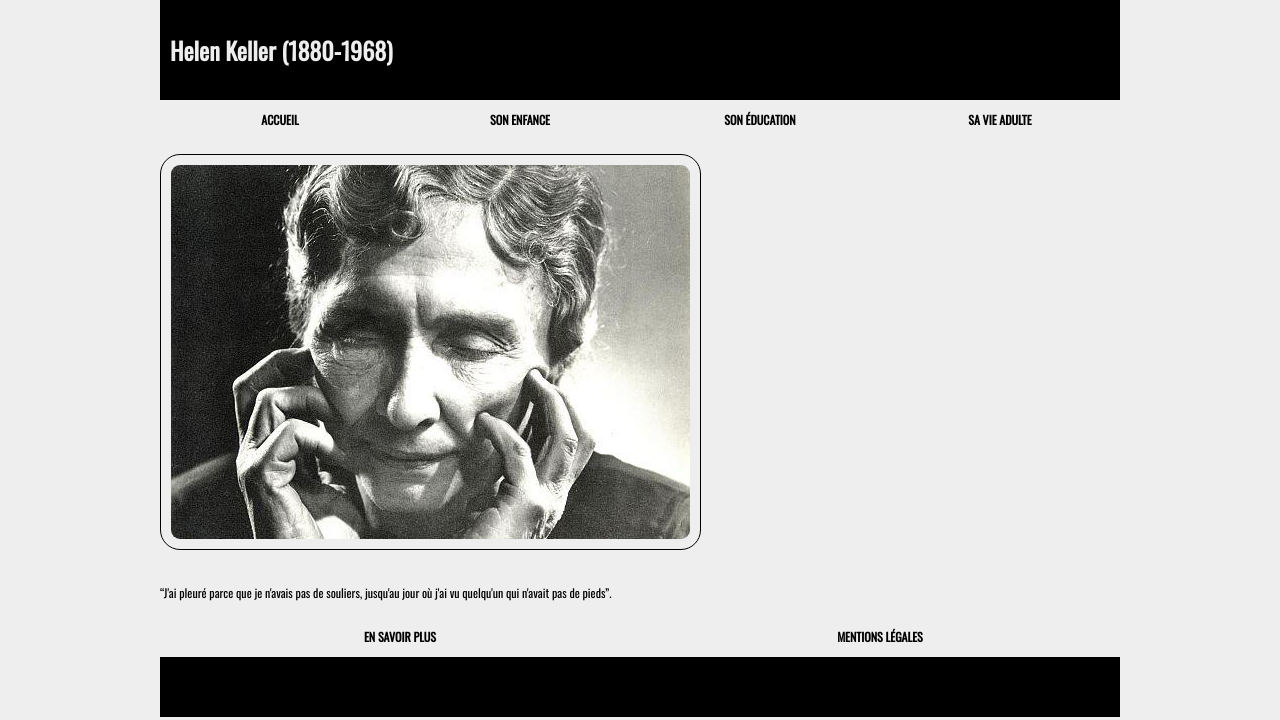
Repository: Luc010/Exercices
Page: HTML CSS/biographie_helen_keller/index.html
The author's editor kept a copy of each file at every save. The page is drawn from the files as they stood at one save, then again after the next save.
The browser window is 1280 px wide. The pictures show the whole page.

Above is the page before, as saved 2019-09-04 16:19:32.

### HTML CSS/biographie_helen_keller/index.html
<!DOCTYPE html>
<html lang="fr">
<head>
    <title>Biographie Helen Keller - Accueil</title>
    <meta charset="UTF-8">
    <meta name="viewport" content="width=device-width, initial-scale=1.0">
    <meta http-equiv="X-UA-Compatible" content="ie=edge">
    <link href="style.css" rel="stylesheet">
</head>
<body>
    <header>
        <div class="container bg">
            <h1>Helen Keller (1880-1968)</h1>
        </div>
    </header>
    <nav>
        <ul>
            <li><a href="index.html">Accueil</a></li>
            <li><a href="enfance.html">Son enfance</a></li>
            <li><a href="education.html">Son éducation</a></li>
            <li><a href="adulte.html">Sa vie adulte</a></li>
        </ul>
    </nav>
    <main>
        <div class="container">
            <p><img src="img/hk.jpg" alt="helen Keller portrait"></p>
            <p>“J'ai pleuré parce que je n'avais pas de souliers, jusqu'au jour où j'ai vu quelqu'un qui n'avait pas de
                pieds”.
            </p>
        </div>
    </main>
    <footer>
        <div class="container bg">
            <!-- ul>li*5>a{lien$} -->
            <ul>
                <li><a href="savoirplus.html">En savoir plus</a></li>
                <li><a href="mentions.html">Mentions légales</a></li>
            </ul>
        </div>
    </footer>
</body>
</html>

### HTML CSS/biographie_helen_keller/style.css
@import url('https://fonts.googleapis.com/css?family=Oswald&display=swap');
body{
    margin: 0;
    padding: 0;
    background-color: #eee;
    font-size: 12px;
    font-family: 'Oswald',corbel,calibri,sans-serif;
}
.bg{
    background-color: black;
    width: 960px;
    min-height: 100px;
    line-height: 100px;
    margin-left: auto;
    margin-right: auto;
}
h1{
    color: #eee;
    text-indent: 10px;
    margin: 0;
}
h2{
    color: grey;
    border-bottom: 1px solid black;
}
p{
    /* Pourcentage plus simple à gérer, interligne (utilité: bcp de text) */
    line-height:200%;
}
img{
    border: 1px solid black;
    border-radius: 20px;
    padding: 10px;
}
.container {
    display: flex;
    flex-direction: column;
    width: 960px;
    margin-left: auto;
    margin-right: auto;
}
nav {
    min-height: 40px;
    position: sticky;
    top: 0;
    width: 960px;
    margin-left: auto;
    margin-right: auto;
}
ul, li {
    margin: 0;
    padding: 0;
    list-style: none;
}
ul {
    display: flex;
}
li {
    width: 100%;
    margin-bottom: 2px;
    height: 40px;
    font-weight: bold;
    text-transform: uppercase;
}
a {
    color: black;
    text-decoration: none;
    display: block;
    height: 40px;
    line-height: 40px;
    text-align: center;
    background-color: #eee;
}
a:hover {
    color: white;
    background-color: black;
}

After the next save:
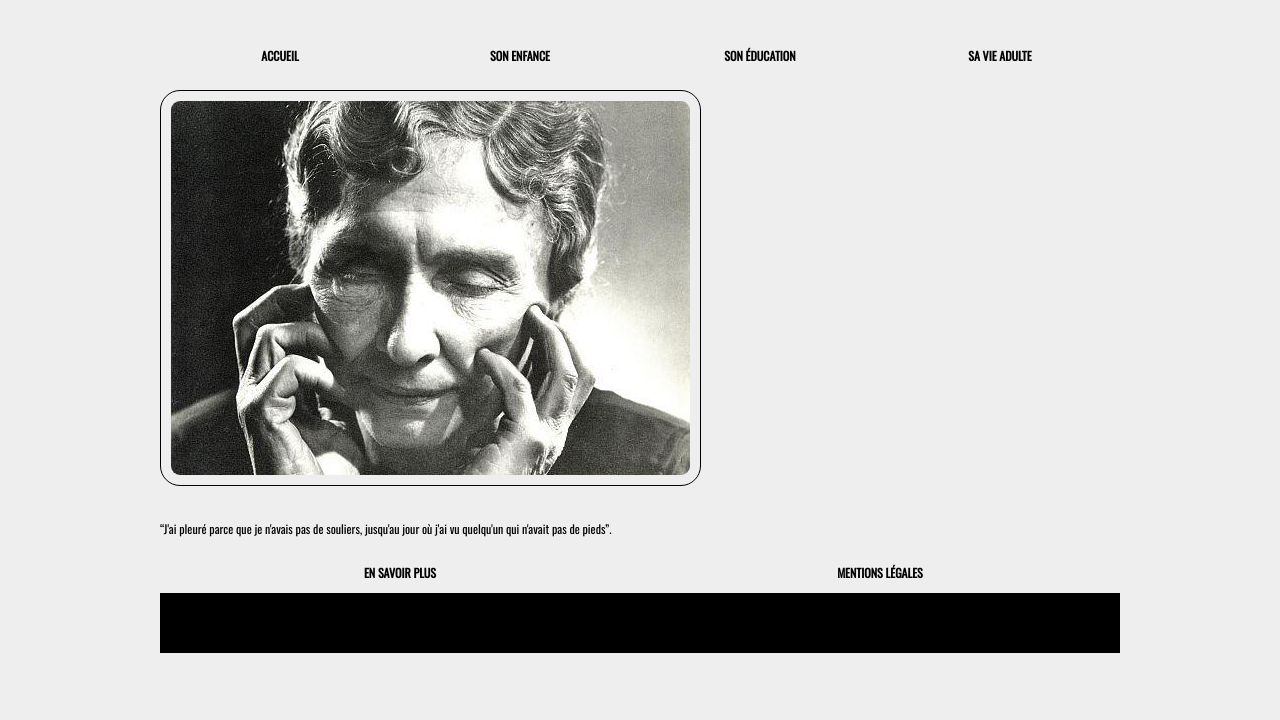
Saved 12 s later.
--- a/HTML CSS/biographie_helen_keller/index.html
+++ b/HTML CSS/biographie_helen_keller/index.html
@@ -9,7 +9,7 @@
 </head>
 <body>
     <header>
-        <div class="container bg">
+        <div class="container">
             <h1>Helen Keller (1880-1968)</h1>
         </div>
     </header>

After the 2 saves that followed:
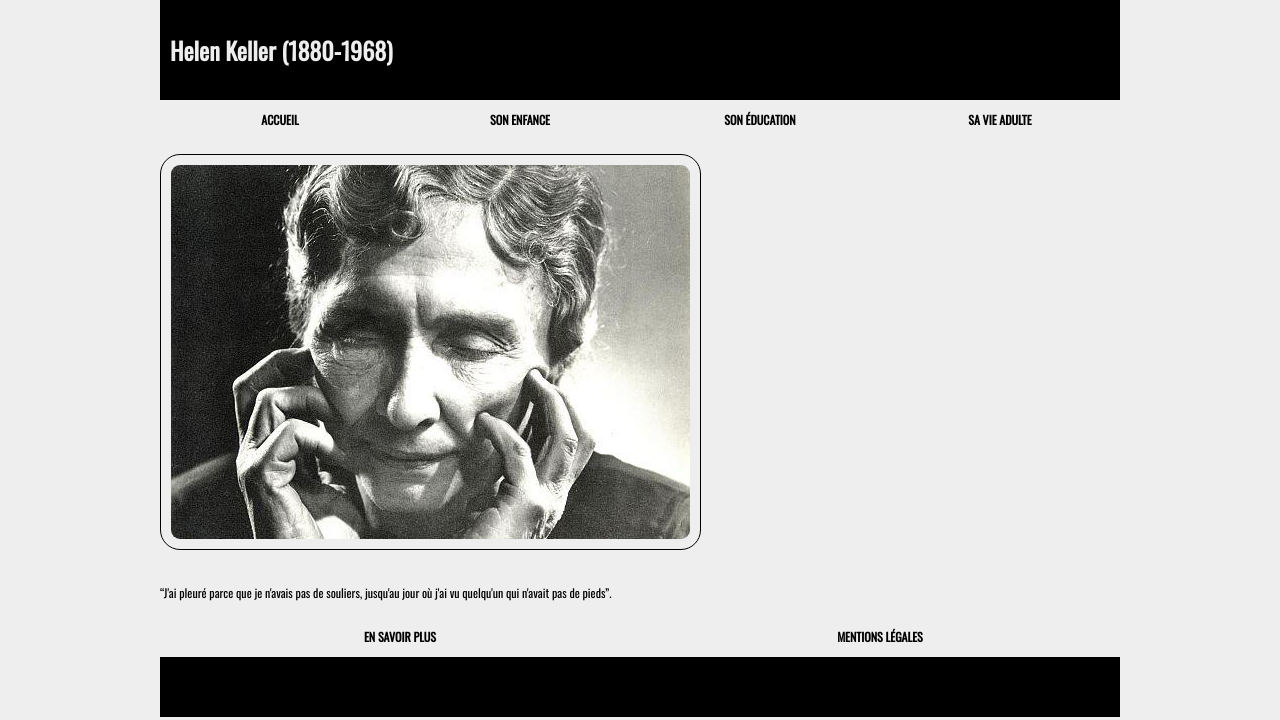
The 2 saves are shown as one change because they came seconds apart.
The last was saved 40 s later.
--- a/HTML CSS/biographie_helen_keller/style.css
+++ b/HTML CSS/biographie_helen_keller/style.css
@@ -6,7 +6,7 @@ body{
     font-size: 12px;
     font-family: 'Oswald',corbel,calibri,sans-serif;
 }
-.bg{
+header, footer{
     background-color: black;
     width: 960px;
     min-height: 100px;
